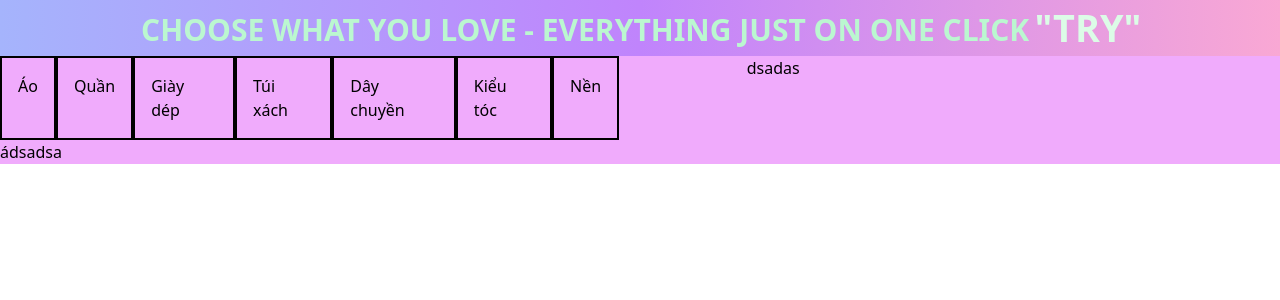
Repository: NguyenVietPhuQuy/ReactJs-TailWind-Redux-FunctionHook-ModelDesign
Page: / (app in modeldesign/)
The author's editor kept a copy of each file at every save. The page is drawn from the files as they stood at one save, then again after the next save.
The browser window is 1280 px wide. The pictures show the whole page.
The project was rebuilt for these pictures with package versions that can differ from the ones it lists, and the page was loaded fresh each time. Also part of the build but not shown: modeldesign/src/App.css.

Above is the page before, as saved 2022-11-17 13:29:54.

### modeldesign/public/index.html
<!DOCTYPE html>
<html lang="en">
  <head>
    <meta charset="utf-8" />
    <link rel="icon" href="%PUBLIC_URL%/favicon.ico" />
    <meta name="viewport" content="width=device-width, initial-scale=1" />
    <meta name="theme-color" content="#000000" />
    <meta
      name="description"
      content="Web site created using create-react-app"
    />
    <!--bootstrap-->
    <link rel="stylesheet" href="https://cdnjs.cloudflare.com/ajax/libs/bootstrap/5.2.2/js/bootstrap.min.js">
    <link rel="apple-touch-icon" href="%PUBLIC_URL%/logo192.png" />
    <!--
      manifest.json provides metadata used when your web app is installed on a
      user's mobile device or desktop. See https://developers.google.com/web/fundamentals/web-app-manifest/
    -->
    <link rel="manifest" href="%PUBLIC_URL%/manifest.json" />
    <!--
      Notice the use of %PUBLIC_URL% in the tags above.
      It will be replaced with the URL of the `public` folder during the build.
      Only files inside the `public` folder can be referenced from the HTML.

      Unlike "/favicon.ico" or "favicon.ico", "%PUBLIC_URL%/favicon.ico" will
      work correctly both with client-side routing and a non-root public URL.
      Learn how to configure a non-root public URL by running `npm run build`.
    -->
    <title>React App</title>
  </head>
  <body>
    <noscript>You need to enable JavaScript to run this app.</noscript>
    <div id="root"></div>
    <!--
      This HTML file is a template.
      If you open it directly in the browser, you will see an empty page.

      You can add webfonts, meta tags, or analytics to this file.
      The build step will place the bundled scripts into the <body> tag.

      To begin the development, run `npm start` or `yarn start`.
      To create a production bundle, use `npm run build` or `yarn build`.
    -->
  </body>
</html>

### modeldesign/src/index.js
import React from 'react';
import ReactDOM from 'react-dom/client';
import './index.css';
import App from './App';
import reportWebVitals from './reportWebVitals';
import {Provider} from 'react-redux'
import store from './Components/Reducer/Store';
const root = ReactDOM.createRoot(document.getElementById('root'));
root.render(
  <React.StrictMode>
    <Provider store ={store}>
    <App/>
    </Provider>
  </React.StrictMode>
);

// If you want to start measuring performance in your app, pass a function
// to log results (for example: reportWebVitals(console.log))
// or send to an analytics endpoint. Learn more: https://bit.ly/CRA-vitals
reportWebVitals();

### modeldesign/src/App.js
import React from 'react';
import './App.css';
import Home from './Components/Home.js'
function App() {
  return (
    <div>
      <Home/>
    </div>
  );
}

export default App;

### modeldesign/src/Components/Reducer/Store.js
import {createStore} from "redux"
import rootReducer from "./RootReducer"

const store = createStore(rootReducer,window.__REDUX_DEVTOOLS_EXTENSION__ && window.__REDUX_DEVTOOLS_EXTENSION__())
export default store

### modeldesign/src/Components/Home.js
import React from "react";
import Header from './Header.js'
import Category from "./Category.js";
import ProductList from "./ProductList.js";
import Model from "./Model.js";
function Home() {
    return (
        <div className="container mx-auto relative bg-fuchsia-300">
            <section className=
            " bg-gradient-to-r from-indigo-300 via-purple-400 to-pink-300 w-full ring-2 ring-transparent">
                    <Header/>
            </section>
            <section className="main flex flex-row">
                <div className="basis-7/12">
                    <Category/>
                    <ProductList/>
                </div>
                <div className="basis-5/12">
                    <Model />
                </div>
            </section>
        </div>
    )
}
export default Home

### modeldesign/src/Components/Reducer/RootReducer.js
import { combineReducers } from "redux";
import ProductReducer from './ProductReducer'
import CategoryReducer from './CategoryReducer'

const RootReducer = combineReducers({
    products: ProductReducer,
    categories: CategoryReducer,

})

export default RootReducer

### modeldesign/src/Components/Header.js
import React from "react";
import 'animate.css'
function Header(){
    return (
        <div className="text-center text-3xl p-2 font-semibold text-green-200 ">
            CHOOSE WHAT YOU LOVE - EVERYTHING JUST ON ONE CLICK <span className="text-green-100 font-bold text-4xl animate__animated animate__pulse animate__infinite inline-block">"TRY" </span>
        </div>
    )
}
export default Header

### modeldesign/src/Components/Category.js
import React from "react";
import { useSelector } from 'react-redux'


function Category(props) {
    const returnValue = useSelector(state => state.categories.category)
    return (
        <div className=" flex flex-row w-full">
            {returnValue.map((item) => {
                return (
                    <div style={{ border: "2px solid black", }}>
                        <button className="p-4 w-1/2 " >{item.showName}</button>
                    </div>
                )
            })}
        </div>
    )
}

export default Category

### modeldesign/src/Components/ProductList.js
import React from "react";
function ProductList(){
    return(<div>
ádsadsa
    </div>)
}
export default ProductList

### modeldesign/src/Components/Model.js
import React from "react";
function Model(){
    return(<div>
        dsadas
    </div>)
}
export default Model

### modeldesign/src/Components/Reducer/ProductReducer.js

const initialState = {
    product: [{
        id: 'topcloth_1',
        type: "topclothes",
        name: "Top Cloth 1",
        desc: "Lorem ipsum dolor, sit amet consectetur adipisicing elit. Aliquid, nulla.",
        imgSrc_jpg: 'images/clothes/topcloth1_show.jpg',
        imgSrc_png: 'images/clothes/topcloth1.png',
    },
    {
        id: 'topcloth_2',
        type: "topclothes",
        name: "Top Cloth 2",
        desc: "Lorem ipsum dolor, sit amet consectetur adipisicing elit. Aliquid, nulla.",
        imgSrc_jpg: 'images/clothes/topcloth2_show.jpg',
        imgSrc_png: 'images/clothes/topcloth2.png',
    },
    {
        id: 'topcloth_3',
        type: "topclothes",
        name: "Top Cloth 3",
        desc: "Lorem ipsum dolor, sit amet consectetur adipisicing elit. Aliquid, nulla.",
        imgSrc_jpg: 'images/clothes/topcloth3_show.jpg',
        imgSrc_png: 'images/clothes/topcloth3.png',
    },
    {
        id: 'topcloth_4',
        type: "topclothes",
        name: "Top Cloth 4",
        desc: "Lorem ipsum dolor, sit amet consectetur adipisicing elit. Aliquid, nulla.",
        imgSrc_jpg: 'images/clothes/topcloth4_show.jpg',
        imgSrc_png: 'images/clothes/topcloth4.png',
    },
    {
        id: 'topcloth_5',
        type: "topclothes",
        name: "Top Cloth 5",
        desc: "Lorem ipsum dolor, sit amet consectetur adipisicing elit. Aliquid, nulla.",
        imgSrc_jpg: 'images/clothes/topcloth5_show.jpg',
        imgSrc_png: 'images/clothes/topcloth5.png',
    },
    {
        id: 'topcloth_6',
        type: "topclothes",
        name: "Top Cloth ",
        desc: "Lorem ipsum dolor, sit amet consectetur adipisicing elit. Aliquid, nulla.",
        imgSrc_jpg: 'images/clothes/topcloth6_show.jpg',
        imgSrc_png: 'images/clothes/topcloth6.png',
    },

    // Both clothes
    {
        id: 'botcloth_1',
        type: "botclothes",
        name: "Bot Cloth 1",
        desc: "Lorem ipsum dolor, sit amet consectetur adipisicing elit. Aliquid, nulla.",
        imgSrc_jpg: 'images/clothes/botcloth1_show.jpg',
        imgSrc_png: 'images/clothes/botcloth1.png',
    },
    {
        id: 'botcloth_2',
        type: "botclothes",
        name: "Bot Cloth 2",
        desc: "Lorem ipsum dolor, sit amet consectetur adipisicing elit. Aliquid, nulla.",
        imgSrc_jpg: 'images/clothes/botcloth2_show.jpg',
        imgSrc_png: 'images/clothes/botcloth2.png',
    },
    {
        id: 'botcloth_3',
        type: "botclothes",
        name: "Bot Cloth 3",
        desc: "Lorem ipsum dolor, sit amet consectetur adipisicing elit. Aliquid, nulla.",
        imgSrc_jpg: 'images/clothes/botcloth3_show.jpg',
        imgSrc_png: 'images/clothes/botcloth3.png',
    },
    {
        id: 'botcloth_4',
        type: "botclothes",
        name: "Bot Cloth 4",
        desc: "Lorem ipsum dolor, sit amet consectetur adipisicing elit. Aliquid, nulla.",
        imgSrc_jpg: 'images/clothes/botcloth4_show.jpg',
        imgSrc_png: 'images/clothes/botcloth4.png',
    },
    {
        id: 'botcloth_5',
        type: "botclothes",
        name: "Bot Cloth 5",
        desc: "Lorem ipsum dolor, sit amet consectetur adipisicing elit. Aliquid, nulla.",
        imgSrc_jpg: 'images/clothes/botcloth5_show.jpg',
        imgSrc_png: 'images/clothes/botcloth5.png',
    },

    // Shoes
    {
        id: 'shoes_1',
        type: "shoes",
        name: "Shoes 1",
        desc: "Lorem ipsum dolor, sit amet consectetur adipisicing elit. Aliquid, nulla.",
        imgSrc_jpg: 'images/shoes/shoes1_show.jpg',
        imgSrc_png: 'images/shoes/shoes1.png',
    },
    {
        id: 'shoes_2',
        type: "shoes",
        name: "Shoes 2",
        desc: "Lorem ipsum dolor, sit amet consectetur adipisicing elit. Aliquid, nulla.",
        imgSrc_jpg: 'images/shoes/shoes2_show.jpg',
        imgSrc_png: 'images/shoes/shoes2.png',
    },
    {
        id: 'shoes_3',
        type: "shoes",
        name: "Shoes 3",
        desc: "Lorem ipsum dolor, sit amet consectetur adipisicing elit. Aliquid, nulla.",
        imgSrc_jpg: 'images/shoes/shoes3_show.jpg',
        imgSrc_png: 'images/shoes/shoes3.png',
    },
    {
        id: 'shoes_4',
        type: "shoes",
        name: "Shoes 4",
        desc: "Lorem ipsum dolor, sit amet consectetur adipisicing elit. Aliquid, nulla.",
        imgSrc_jpg: 'images/shoes/shoes4_show.jpg',
        imgSrc_png: 'images/shoes/shoes4.png',
    },
    {
        id: 'shoes_5',
        type: "shoes",
        name: "Shoes 5",
        desc: "Lorem ipsum dolor, sit amet consectetur adipisicing elit. Aliquid, nulla.",
        imgSrc_jpg: 'images/shoes/shoes5_show.jpg',
        imgSrc_png: 'images/shoes/shoes5.png',
    },

    // Handbags
    {
        id: 'handbag_1',
        type: "handbags",
        name: "Handbag 1",
        desc: "Lorem ipsum dolor, sit amet consectetur adipisicing elit. Aliquid, nulla.",
        imgSrc_jpg: 'images/handbags/handbag1_show.jpg',
        imgSrc_png: 'images/handbags/handbag1.png',
    },
    {
        id: 'handbag_2',
        type: "handbags",
        name: "Handbag 2",
        desc: "Lorem ipsum dolor, sit amet consectetur adipisicing elit. Aliquid, nulla.",
        imgSrc_jpg: 'images/handbags/handbag2_show.jpg',
        imgSrc_png: 'images/handbags/handbag2.png',
    },
    {
        id: 'handbag_3',
        type: "handbags",
        name: "Handbag 3",
        desc: "Lorem ipsum dolor, sit amet consectetur adipisicing elit. Aliquid, nulla.",
        imgSrc_jpg: 'images/handbags/handbag3_show.jpg',
        imgSrc_png: 'images/handbags/handbag3.png',
    },

    // Necklaces
    {
        id: 'necklace_1',
        type: "necklaces",
        name: "Necklace 1",
        desc: "Lorem ipsum dolor, sit amet consectetur adipisicing elit. Aliquid, nulla.",
        imgSrc_jpg: 'images/necklaces/necklace1_show.jpg',
        imgSrc_png: 'images/necklaces/necklace1.png',
    },
    {
        id: 'necklace_2',
        type: "necklaces",
        name: "Necklace 2",
        desc: "Lorem ipsum dolor, sit amet consectetur adipisicing elit. Aliquid, nulla.",
        imgSrc_jpg: 'images/necklaces/necklace2_show.jpg',
        imgSrc_png: 'images/necklaces/necklace2.png',
    },
    {
        id: 'necklace_3',
        type: "necklaces",
        name: "Necklace 3",
        desc: "Lorem ipsum dolor, sit amet consectetur adipisicing elit. Aliquid, nulla.",
        imgSrc_jpg: 'images/necklaces/necklace3_show.jpg',
        imgSrc_png: 'images/necklaces/necklace3.png',
    },

    // Hairstyle
    {
        id: 'hairstyle_1',
        type: "hairstyle",
        name: "Hairstyle 1",
        desc: "Lorem ipsum dolor, sit amet consectetur adipisicing elit. Aliquid, nulla.",
        imgSrc_jpg: 'images/hairstyle/hairstyle1_show.jpg',
        imgSrc_png: 'images/hairstyle/hairstyle1.png',
    },
    {
        id: 'hairstyle_2',
        type: "hairstyle",
        name: "Hairstyle 2",
        desc: "Lorem ipsum dolor, sit amet consectetur adipisicing elit. Aliquid, nulla.",
        imgSrc_jpg: 'images/hairstyle/hairstyle2_show.jpg',
        imgSrc_png: 'images/hairstyle/hairstyle2.png',
    },
    {
        id: 'hairstyle_3',
        type: "hairstyle",
        name: "Hairstyle 3",
        desc: "Lorem ipsum dolor, sit amet consectetur adipisicing elit. Aliquid, nulla.",
        imgSrc_jpg: 'images/hairstyle/hairstyle3_show.jpg',
        imgSrc_png: 'images/hairstyle/hairstyle3.png',
    },

    // Background
    {
        id: 'background_1',
        type: "background",
        name: "Background 1",
        desc: "Lorem ipsum dolor, sit amet consectetur adipisicing elit. Aliquid, nulla.",
        imgSrc_jpg: 'images/background/background1_show.jpg',
        imgSrc_png: 'images/background/background1.jpg',
    },
    {
        id: 'background_2',
        type: "background",
        name: "Background 2",
        desc: "Lorem ipsum dolor, sit amet consectetur adipisicing elit. Aliquid, nulla.",
        imgSrc_jpg: 'images/background/background2_show.jpg',
        imgSrc_png: 'images/background/background2.jpg',
    },
    {
        id: 'background_3',
        type: "background",
        name: "Background 3",
        desc: "Lorem ipsum dolor, sit amet consectetur adipisicing elit. Aliquid, nulla.",
        imgSrc_jpg: 'images/background/background3_show.jpg',
        imgSrc_png: 'images/background/background3.jpg',
    },
    {
        id: 'background_4',
        type: "background",
        name: "Background 4",
        desc: "Lorem ipsum dolor, sit amet consectetur adipisicing elit. Aliquid, nulla.",
        imgSrc_jpg: 'images/background/background4_show.jpg',
        imgSrc_png: 'images/background/background4.jpg',
    },
    {
        id: 'background_5',
        type: "background",
        name: "Background 5",
        desc: "Lorem ipsum dolor, sit amet consectetur adipisicing elit. Aliquid, nulla.",
        imgSrc_jpg: 'images/background/background5_show.jpg',
        imgSrc_png: 'images/background/background5.jpg',
    },
    {
        id: 'background_6',
        type: "background",
        name: "Background 6",
        desc: "Lorem ipsum dolor, sit amet consectetur adipisicing elit. Aliquid, nulla.",
        imgSrc_jpg: 'images/background/background6_show.jpg',
        imgSrc_png: 'images/background/background6.jpg',
    },
    {
        id: 'background_7',
        type: "background",
        name: "Background 7",
        desc: "Lorem ipsum dolor, sit amet consectetur adipisicing elit. Aliquid, nulla.",
        imgSrc_jpg: 'images/background/background7_show.jpg',
        imgSrc_png: 'images/background/background7.jpg',
    },
    ],
}
const ProductReducer = (state = initialState) => {
    return state
}

export default ProductReducer

### modeldesign/src/Components/Reducer/CategoryReducer.js
const initialState ={
    category: [
        { tabName: 'tabTopClothes', showName: 'Áo', type: 'topclothes' },
        { tabName: 'tabBotClothes', showName: 'Quần', type: 'botclothes' },
        { tabName: 'tabShoes', showName: 'Giày dép', type: 'shoes' },
        { tabName: 'tabHandBags', showName: 'Túi xách', type: 'handbags' },
        { tabName: 'tabNecklaces', showName: 'Dây chuyền', type: 'necklaces' },
        { tabName: 'tabHairStyle', showName: 'Kiểu tóc', type: 'hairstyle' },
        { tabName: 'tabBackground', showName: 'Nền', type: 'background' }
    ]
}
const CategoryReducer = (state=initialState) =>{
    return state
}
export default CategoryReducer

Loaded but not shown: modeldesign/src/index.css (common file); modeldesign/src/reportWebVitals.js (common file); modeldesign/tailwind.config.js (common file)

After the next save:
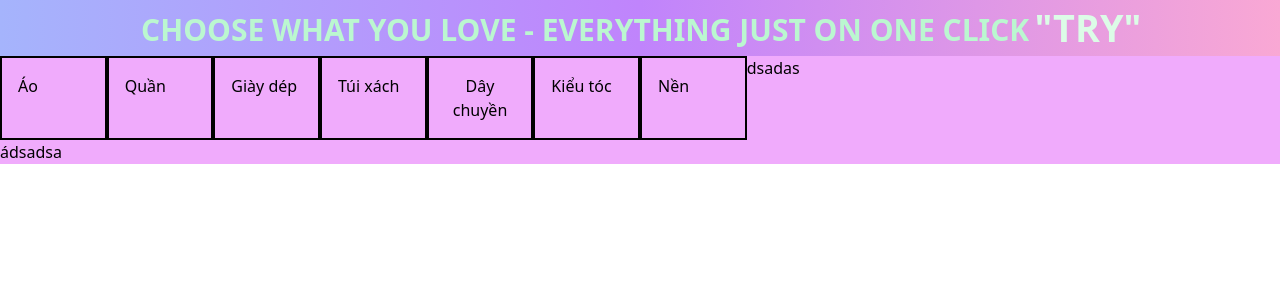
Saved 18 s later.
--- a/modeldesign/src/Components/Category.js
+++ b/modeldesign/src/Components/Category.js
@@ -8,8 +8,8 @@ function Category(props) {
         <div className=" flex flex-row w-full">
             {returnValue.map((item) => {
                 return (
-                    <div style={{ border: "2px solid black", }}>
-                        <button className="p-4 w-1/2 " >{item.showName}</button>
+                    <div style={{ border: "2px solid black", }} className="w-1/2">
+                        <button className="p-4 " >{item.showName}</button>
                     </div>
                 )
             })}
